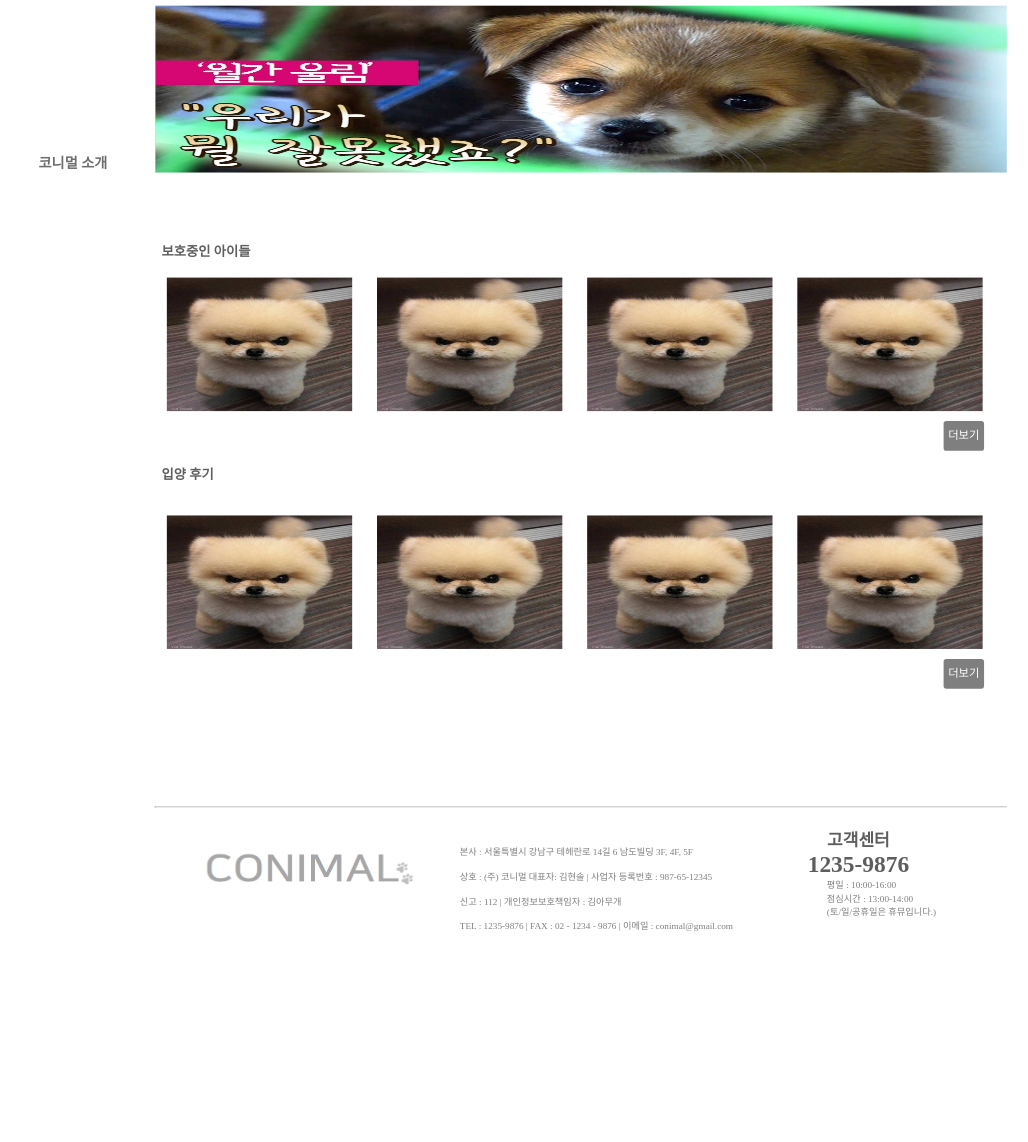
Repository: rlagusthf12/SemiProject
Page: http://localhost/jspProject/
The author's editor kept a copy of each file at every save. The page is drawn from the files as they stood at one save, then again after the next save.
The browser window is 1280 px wide. The page is 1448 px wide, then 1280 px, so the pictures cover 1448 px, including what lies to the right of the window. The pictures show the whole page, at 71% of full size.
The page is served by Tomcat 9.

Above is the page before, as saved 2021-05-13 08:00:01.

After the next save:
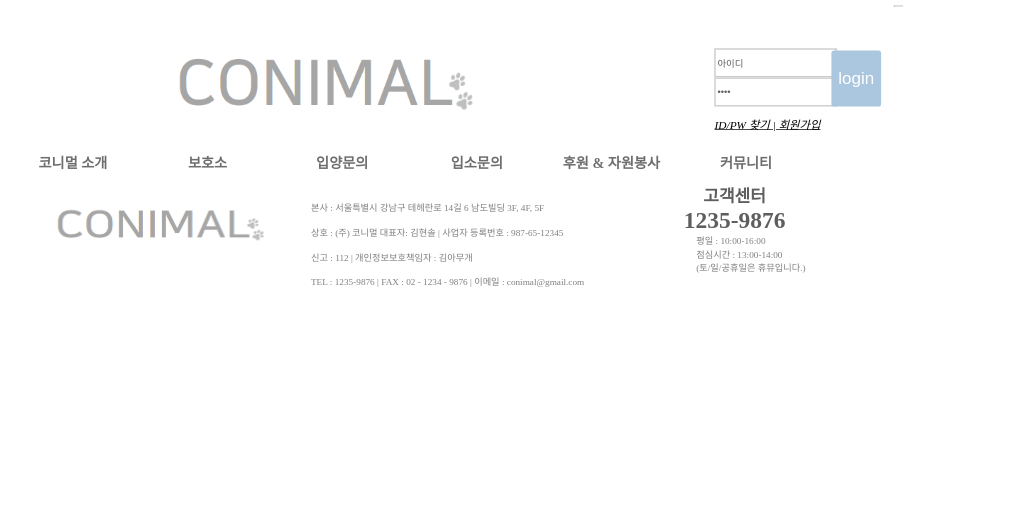
Saved 18 s later.
--- a/semiproject/jspProject/WebContent/views/common/mainPage.jsp
+++ b/semiproject/jspProject/WebContent/views/common/mainPage.jsp
@@ -11,17 +11,7 @@
 <style>
 
 
-  .main{
-        width: 1200px;
-        height: 1600px;
-        position:absolute;
-        left: 17%;
 
-    }
-
-    .head{height: 15%; }
-    .body{height: 70%;}
-    .foot{height: 15%;}
 
 
     .img1{
@@ -91,66 +81,7 @@
 <body>
     <%@ include file="menubar.jsp" %>
 
-    <div align="center" class="main">
 
-        <div class="body">
-            <div class="imgsilde">
-                <image src="resources/images/slide.png" class="img1" width= "1200px"  height= "235px" ></image>
-            </div>
-            <br><br><br><br>
-            <div class="careing">
-
-                <div class="extitle">
-                    <h3>보호중인 아이들</h3>
-                </div>
-                <div class="careingimg">
-                    <div class="animalimg">
-                        <image src="resources/images/dog.png" ></image>
-                    </div>
-                    <div class="animalimg">
-                        <image src="resources/images/dog.png"></image>
-                    </div>
-                    <div class="animalimg">
-                        <image src="resources/images/dog.png" ></image>
-                    </div>
-                    <div class="animalimg">
-                        <image src="resources/images/dog.png"></image>
-                    </div>
-
-                </div>
-
-                <div class="more" align="right">
-                    <button>더보기</button>
-                </div>
-            </div>
-            <br><br><br><br>
-
-            <div class="adoption">
-                <div class="extitle">
-                    <h3>입양 후기</h3>
-                </div>
-                <div class="careingimg">
-                    <div class="animalimg">
-                        <image src="resources/images/dog.png"></image>
-                    </div>
-                    <div class="animalimg">
-                        <image src="resources/images/dog.png"></image>
-                    </div>
-                    <div class="animalimg">
-                        <image src="resources/images/dog.png"></image>
-                    </div>
-                    <div class="animalimg">
-                        <image src="resources/images/dog.png"></image>
-                    </div>
-
-                <div class="more" align="right">
-                    <button>더보기</button>
-                </div>
-
-                </div>
-
-            </div>
-        </div>
  <%@ include file="footerbar.jsp" %>
 
 </body>
